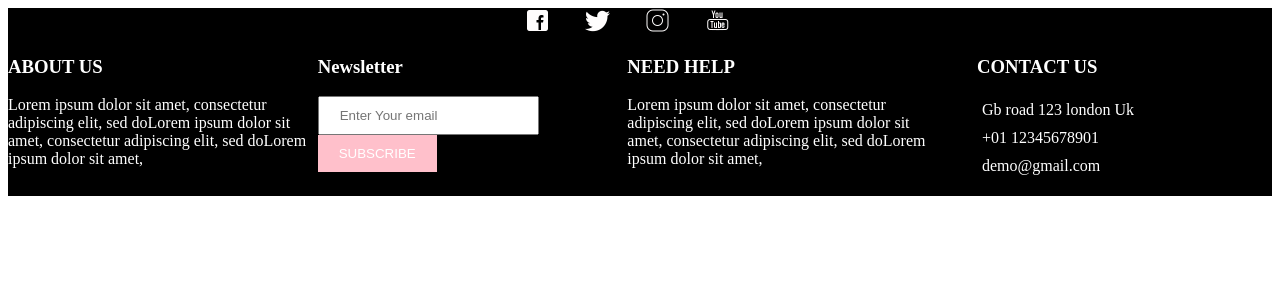
Repository: AVINKUMARP/gifts
Page: demo3.html
An editor plug-in stored every save of this project. The page is shown before and after the next save, followed by the edit.
The browser window is 1280 px wide. The pictures show the whole page.

Above is the page before, as saved 2023-08-24 15:42:32.

### demo3.html
<!DOCTYPE html>
<html lang="en">
<head>
    <meta charset="UTF-8">
    <meta name="viewport" content="width=device-width, initial-scale=1.0">
    <title>Document</title>
    <style>
        .container2{
            background-color:black;
            color: white;
        }
        .ticon{
            display: flex;
            flex-wrap: wrap;
            gap: 10px;
            justify-content: center;
        }
        .list{
            display: flex;
            flex-wrap: wrap;
        }
        .lone{
            width: 24.5%;
        }
        .ltwo{
            width: 24.5%;
        }
        .lthree{
            width: 24.5%;
        }
        .lfour{
            width: 24.5%;
        }
        .ltwo input{
            padding: 10px 20px;
        }
        .ltwo button{
            background-color:pink;
            color:white;
            padding: 10px 20px;
            border:1px solid pink;
        }
        .lone p{
            text-align: start;
        }
        .lthree p{
            text-align: start;
        }
        .lfour li{
            padding: 5px;
        }
    </style>
</head>
<body>
    <div class="container2">
        <div class="ticon">
            <div class="one"><a href="">
                <img src="./images/icons8-facebook-50.png" alt="loading..." width="50%"></a>
            </div>
            <div class="two">
                <img src="./images/icons8-twitter-50.png" alt="loading..."width="50%">
            </div>
            <div class="three">
                <a href=""><img src="./images/icons8-instagram-50.png" alt="loading..." width="50%"></a>
            </div>
            <div class="four">
                <img src="./images/icons8-youtube-50.png" alt="loading..." width="50%">
            </div>
        </div>
        <div class="list">
            <div class="lone">
                <h3>ABOUT US</h3>
                <p>Lorem ipsum dolor sit amet, consectetur adipiscing elit, sed doLorem ipsum dolor sit amet, consectetur adipiscing elit, sed doLorem ipsum dolor sit amet,</p>
            </div>
            <div class="ltwo">
                <h3>
                    Newsletter
                </h3>
                <input type="email" placeholder="Enter Your email">
                <div class="but1111"><button>SUBSCRIBE</button></div>

            </div>
            <div class="lthree">
                <h3>NEED HELP</h3>
                <p>Lorem ipsum dolor sit amet, consectetur adipiscing elit, sed doLorem ipsum dolor sit amet, consectetur adipiscing elit, sed doLorem ipsum dolor sit amet,</p>
            </div>
            <div class="lfour">
                <ul type="none">
                    <h3>CONTACT US</h3>
                    <li>Gb road 123 london Uk</li>
                    <li>+01 12345678901</li>
                    <li>demo@gmail.com</li>
                </ul>
            </div>
        </div>
    </div>
</body>
</html>

After the next save:
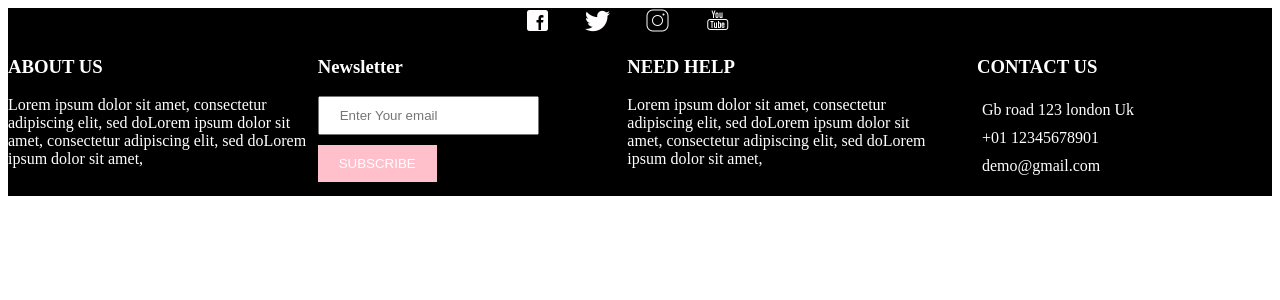
Saved 35 s later.
--- a/demo3.html
+++ b/demo3.html
@@ -49,6 +49,9 @@
         .lfour li{
             padding: 5px;
         }
+        .but1111{
+            padding-top: 10px;
+        }
     </style>
 </head>
 <body>
